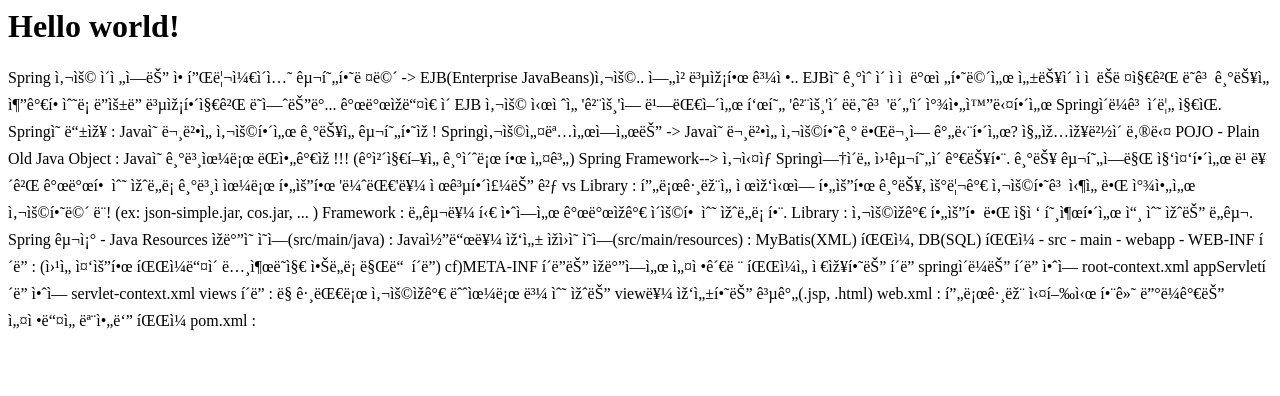
Repository: moondolph/SKKU_IT_Education
Page: http://localhost/Sep29_1_SpringMVC/
An editor plug-in stored every save of this project. The page is shown before and after the next save, followed by the edit.
The browser window is 1280 px wide. The pictures show the whole page.
The page is served by Tomcat 9.

Above is the page before, as saved 2022-09-29 02:48:02.

After the next save:
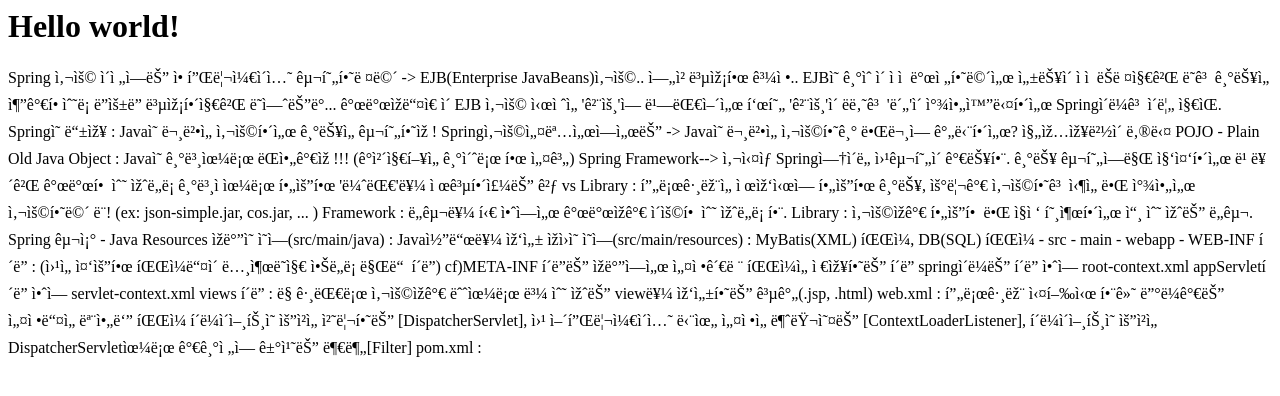
Saved 82 s later.
--- a/Sep29_1_SpringMVC/src/main/webapp/WEB-INF/views/home.jsp
+++ b/Sep29_1_SpringMVC/src/main/webapp/WEB-INF/views/home.jsp
@@ -46,6 +46,9 @@
 			views 폴더 : 말 그대로 사용자가 눈으로 볼 수 있는 view를 작성하는 공간(.jsp, .html)
 
 			web.xml : 프로그램 실행시 함께 따라가는 설정들을 모아둔 파일
+				 클라이언트의 요청을 처리하는 [DispatcherServlet],
+				 웹 어플리케이션 단위 설정을 불러오는 [ContextLoaderListener],
+				 클라이언트의 요청을 DispatcherServlet으로 가기전에 거치는 부분[Filter]
 
 			pom.xml	:
 
